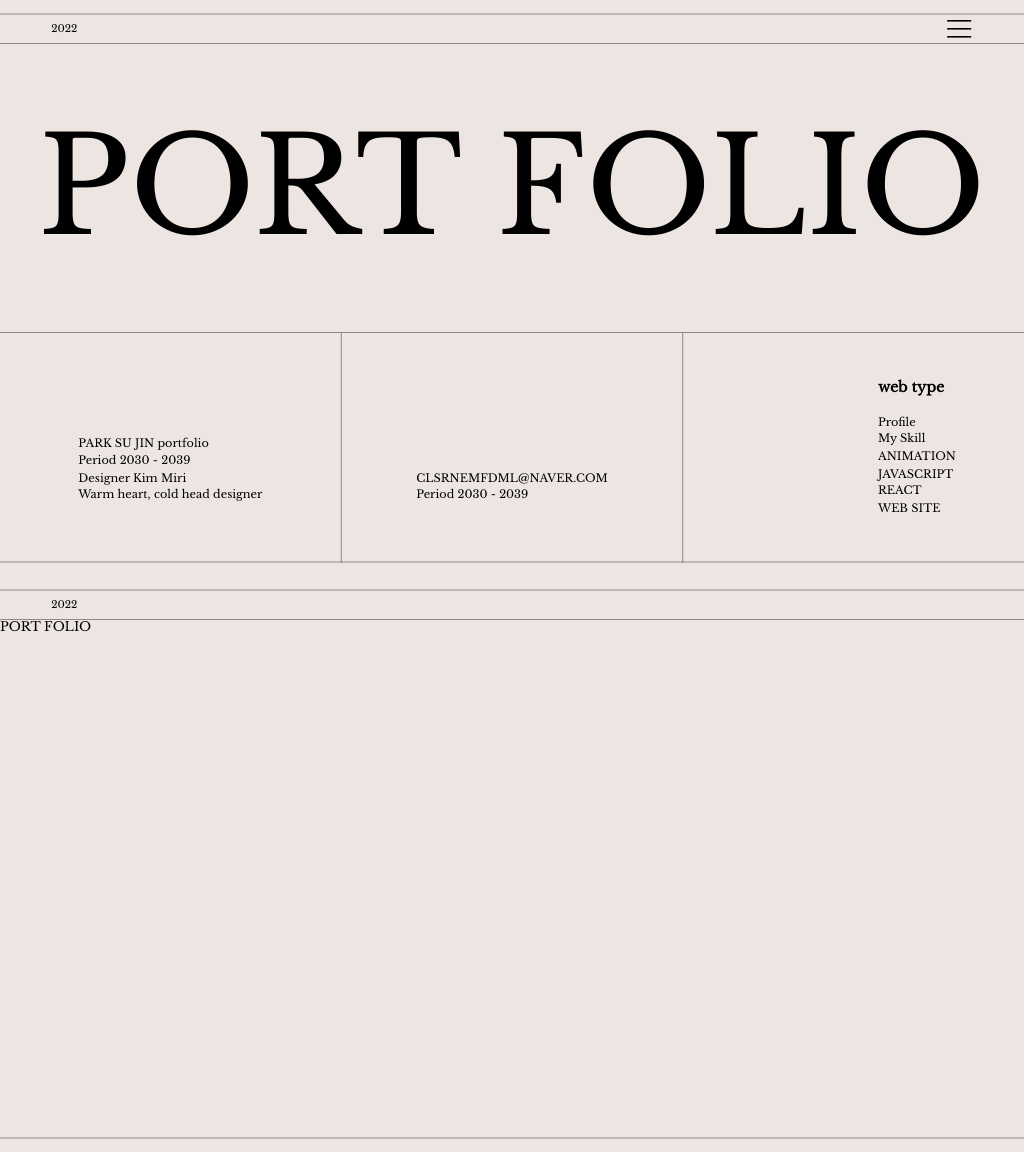
Repository: clsrnemfdml/portfolio_parksj_versiton1
Page: index.html
An editor plug-in stored every save of this project. The page is shown before and after the next save, followed by the edit.
The browser window is 1280 px wide. The pictures show the whole page, at 80% of full size.

Above is the page before, as saved 2021-09-14 08:12:32.

After the next save:
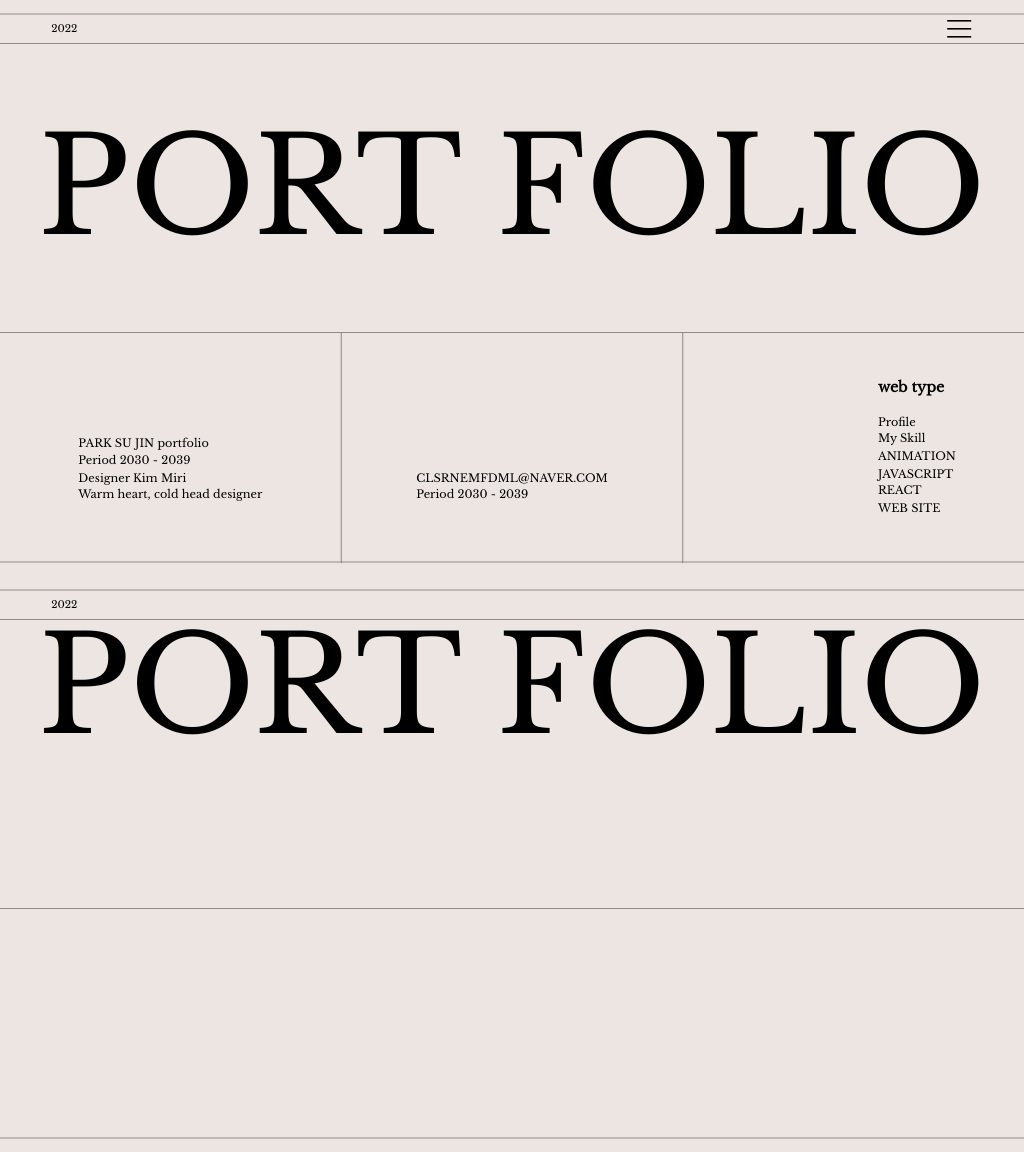
Saved 14 s later.
--- a/css/index.css
+++ b/css/index.css
@@ -203,3 +203,15 @@ z-index: 99999;} */
         top: 50%;
         transform: translateY(-50%);
     }
+
+
+    #wrap #section2 .content{
+        height: 50vh;
+        position: relative;
+        width: 100%;
+        font-size: 13vw;
+        text-align: center;
+        border-bottom: 1px solid #767371;
+
+
+    }
